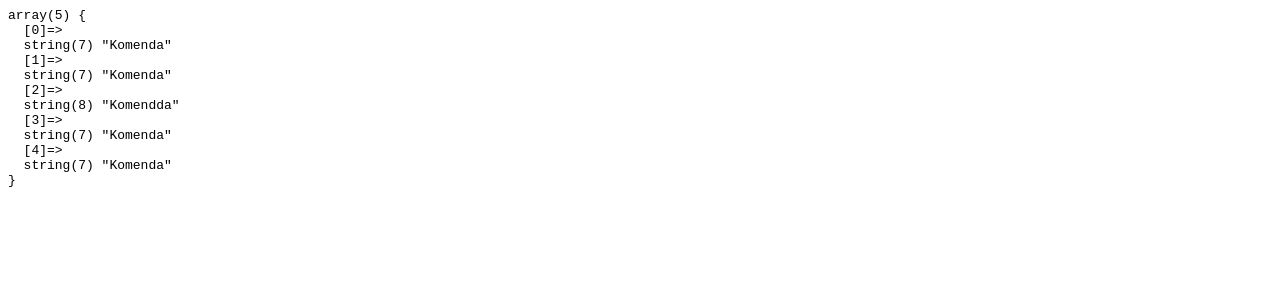
Repository: mahoone/revising_php
Page: http://localhost/Config.php
An editor plug-in stored every save of this project. The page is shown before and after the next save, followed by the edit.
The browser window is 1280 px wide. The pictures show the whole page.
The page is run by PHP 8.4 with error messages shown; the project is at /var/www/html/.

Above is the page before, as saved 2020-06-01 21:56:57.

After the next save:
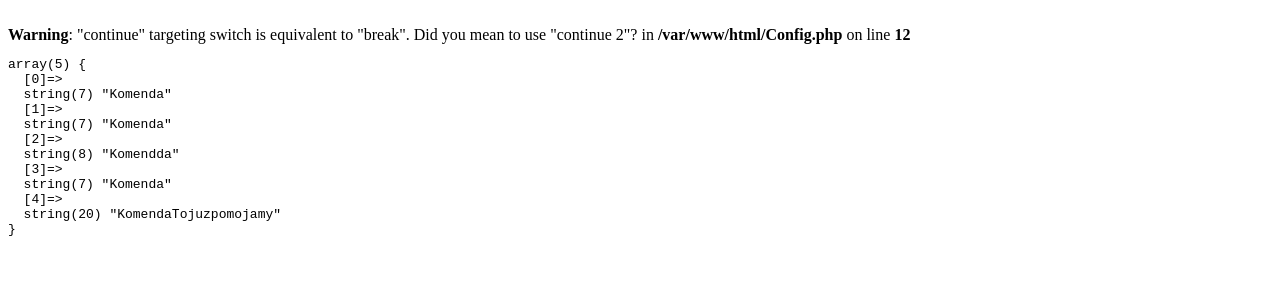
Saved 45 s later.
--- a/Config.php
+++ b/Config.php
@@ -9,9 +9,9 @@
    switch($tekst[$i])
    {
         case ' ':
-            continue 2;
+            continue;
         case '.':
-            break 2;
+            break;
         case ';':
             $t++;
             $tablica[$t] = '';

After the save that followed:
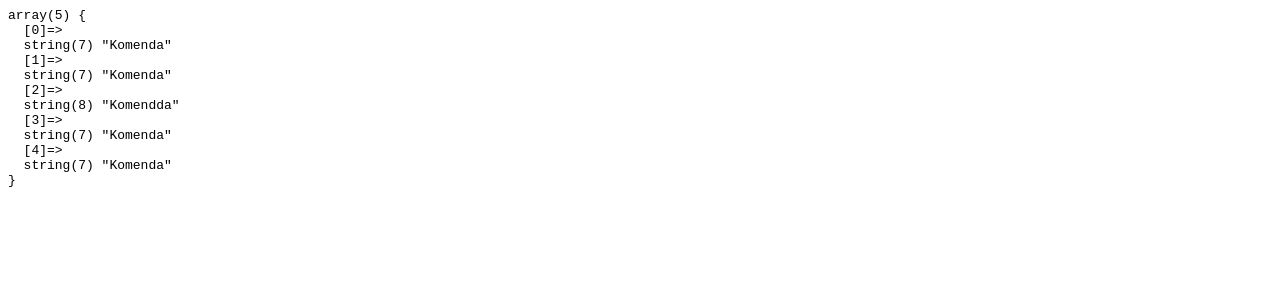
Saved 19 s later.
--- a/Config.php
+++ b/Config.php
@@ -9,9 +9,9 @@
    switch($tekst[$i])
    {
         case ' ':
-            continue;
+            continue 2;
         case '.':
-            break;
+            break 2;
         case ';':
             $t++;
             $tablica[$t] = '';
